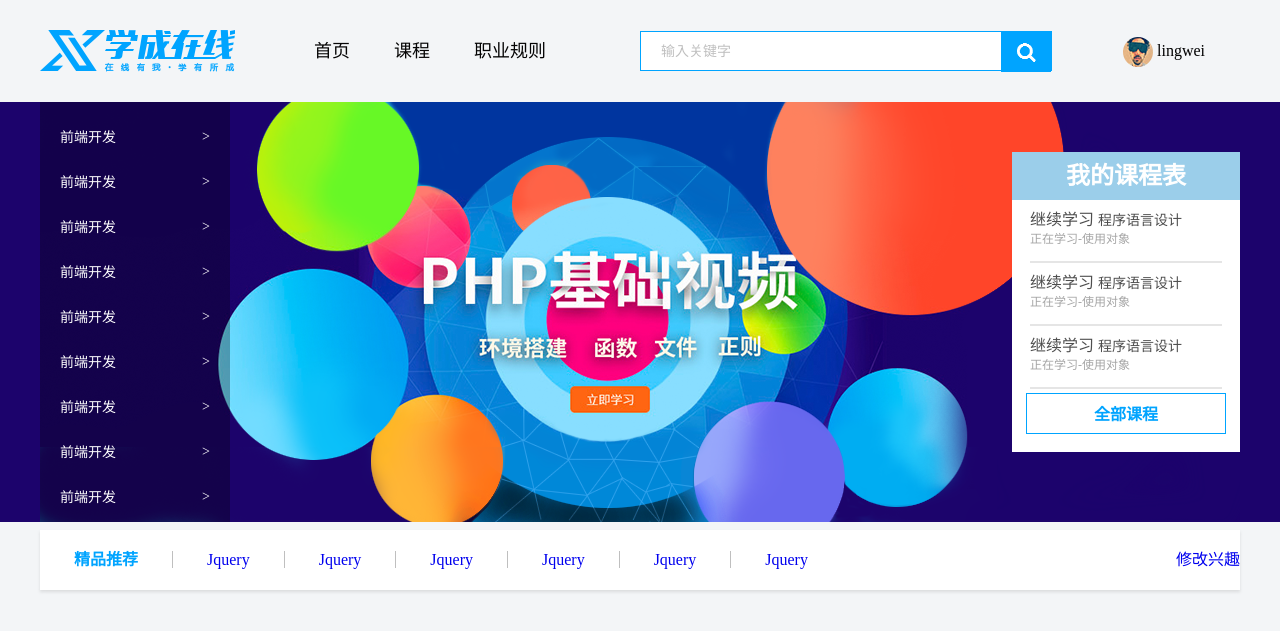
Repository: DengBiHua/xcdx
Page: index.html
These files come from the project's save history. The page is drawn as it stood at one moment and after the next save; the edit follows.
The browser window is 1280 px wide. The pictures show the whole page.

Above is the page before, as saved 2022-04-15 09:25:17.

### index.html
<!DOCTYPE html>
<html lang="en">
<head>
    <meta charset="UTF-8">
    <meta http-equiv="X-UA-Compatible" content="IE=edge">
    <meta name="viewport" content="width=device-width, initial-scale=1.0">
    <title>学成在线</title>
    <link rel="stylesheet" href="css/index.css">
</head>
<body>
    <!-- 头部 -->
    <div class="header wrapper">
        <h1>
            <a href="#">
                <img src="images/logo.png" alt="">
            </a>
        </h1>
        <!-- 导航 -->
        <div class="nav">
            <ul>
                <li><a href="#">首页</a></li>
                <li><a href="#">课程</a></li>
                <li><a href="#">职业规则</a></li>
            </ul>
        </div>
        <!-- 搜索 -->
        <div class="search">
            <input type="text" placeholder="输入关键字">
            <button></button>
        </div>
        <!-- 用户 -->
        <div class="user">
            <img src="./images/user.png" alt="">
            <span>lingwei</span>
        </div>
    </div>
    <div class="banner">
        <div class="wrapper">
            <div class="left">
                <ul>
                    <li><a href="#">前端开发<span>></span></a></li>
                    <li><a href="#">前端开发<span>></span></a></li>
                    <li><a href="#">前端开发<span>></span></a></li>
                    <li><a href="#">前端开发<span>></span></a></li>
                    <li><a href="#">前端开发<span>></span></a></li>
                    <li><a href="#">前端开发<span>></span></a></li>
                    <li><a href="#">前端开发<span>></span></a></li>
                    <li><a href="#">前端开发<span>></span></a></li>
                    <li><a href="#">前端开发<span>></span></a></li>
                </ul>
            </div>
            <div class="right">
                <h2>我的课程表</h2>
                <div class="content">
                    <dl>
                        <dt>
                            <span class="titleLeft">继续学习</span>
                            <span class="titleRight">程序语言设计</span>
                        </dt>
                        <dd>正在学习-使用对象</dd>
                    </dl>
                    <dl>
                        <dt>
                            <span class="titleLeft">继续学习</span>
                            <span class="titleRight">程序语言设计</span>
                        </dt>
                        <dd>正在学习-使用对象</dd>
                    </dl>
                    <dl>
                        <dt>
                            <span class="titleLeft">继续学习</span>
                            <span class="titleRight">程序语言设计</span>
                        </dt>
                        <dd>正在学习-使用对象</dd>
                    </dl>
                </div>
                <a href="#" class="all">全部课程</a>
            </div>
        </div>
    </div>
    <!-- 精品推荐 -->
    <div class="recommend wrapper">
        <h2>精品推荐</h2>
        <ul>
            <li><a href="#">Jquery</a></li>
            <li><a href="#">Jquery</a></li>
            <li><a href="#">Jquery</a></li>
            <li><a href="#">Jquery</a></li>
            <li><a href="#">Jquery</a></li>
            <li><a href="#">Jquery</a></li>
        </ul>
        <a href="#" class="interest">修改兴趣</a>
    </div>
</body>
</html>

### css/index.css
/* css代码顺序
1、浮动/display
2、盒子模型
3、文字样式
 */

/* 通用模版 */
* {
    margin: 0;
    padding: 0;
    /* 内减模式 */
    box-sizing: border-box;
}
li {
    /* 清除列表前方小圆点 */
    list-style-type: none;
}
a {
    /* 去除超链接文字的下划线 */
    text-decoration: none;
}
.clearfix::before,.clearfix::after {
    content: "";
    display: table;
}
.clearfix::after {
    clear: both;
}

/* 版心 */
.wrapper {
    width: 1200px;
    margin: 0 auto;
}

body {
    background-color: #f3f5f7;
}

/* 头部 */
.header {
    height: 42px;
    margin: 30px auto;
}

h1 {
    float: left;
}

/* 导航 */
.nav {
    float: left;

    height: 42px;
    margin-left: 70px;
}

.nav li {
    float: left;

    margin-right: 26px;
}

.nav li a {
    display: block;

    padding: 0 9px;
    height: 42px;
    line-height: 42px;

    font-size: 18px;
    color: #050505;
}

.nav li a:hover {
    border-bottom: 2px solid #00a4ff;
}

.search {
    float: left;
    margin-left: 59px;
    margin-top: 1px;
    width: 412px;
    height: 40px;
    border: 1px solid #00a4ff;
}

.search input {
    float: left;
    padding-left: 20px;
    width: 360px;
    height: 38px;
    border: 0;
}

.search input::placeholder {
    font-size: 14px;
    color: #bfbfbf;
}

.search button {
    float: left;
    width: 50px;
    height: 40px;
    background-image: url(../images/btn.png);
    border: 0;
}

.user {
    float: right;
    margin-right: 35px;
    height: 42px;
    line-height: 42px;
}

.user img {
    /* 调节图片垂直方向对齐方式 */
    vertical-align: middle;
}

.banner {
    height: 420px;
    background-color: #1c036c;
}

.banner .wrapper {
    height: 420px;
    background-image: url(../images/banner2.png);
}

.banner .left {
    float: left;
    padding: 0 20px;
    width: 190px;
    height: 420px;
    background-color: rgba(0, 0, 0, 0.3);
    line-height: 44px;
}

.banner ul {
    margin-top: 13px;
}

.banner a {
    font-size: 14px;
    color: #ffffff;
}

.banner a:hover {
    color: #00b4ff;
}

.banner .left span {
    float: right;
}

.banner .right {
    float: right;
    margin-top: 50px;
    width: 228px;
    height: 300px;
    background-color: #ffffff;
}

.banner .right h2 {
    height: 48px;
    background-color: #9bceea;
    font: 18px;
    color: #ffffff;
    text-align: center;
    line-height: 48px;
}

.banner .content {
    padding: 0 18px;
}

.banner .right dl {
    padding: 12px 0;
    border-bottom: 2px solid #e5e5e5;
}

.banner .right .content dt {
    color: #4e4e4e;
    line-height: 16px;
}

.banner .right .titleLeft {
    font-size: 16px;
}

.banner .right .titleRight {
    font-size: 14px;
}

.banner .right .content dd {
    color: #a5a5a5;
    font-size: 12px;
    line-height: 20px;
}

.banner .right .all {
    display: block;
    margin: 4px auto 0;
    width: 200px;
    height: 41px;
    border: 1px solid #00a4ff;
    font-weight: 700;
    font-size: 16px;
    color: #00a4ff;
    text-align: center;
    line-height: 41px;
}

.recommend {
    margin-top: 8px;
    height: 60px;
    background-color: #ffffff;
    box-shadow: 0px 2px 3px 0px rgba(118, 118, 118, 0.2);
    line-height: 60px;
}

.recommend h2 {
    float: left;
    width: 132px;
    text-align: center;
    font-size: 16px;
    font-weight: bold;
    color: #00a4ff;
}

.recommend ul {
    float: left;
}

.recommend ul li {
    float: left;
}

.recommend ul li a {
    padding: 0 34px;
    border-left: 1px solid #bfbfbf;
}

.recommend .interest {
    float: right;
}

After the next save:
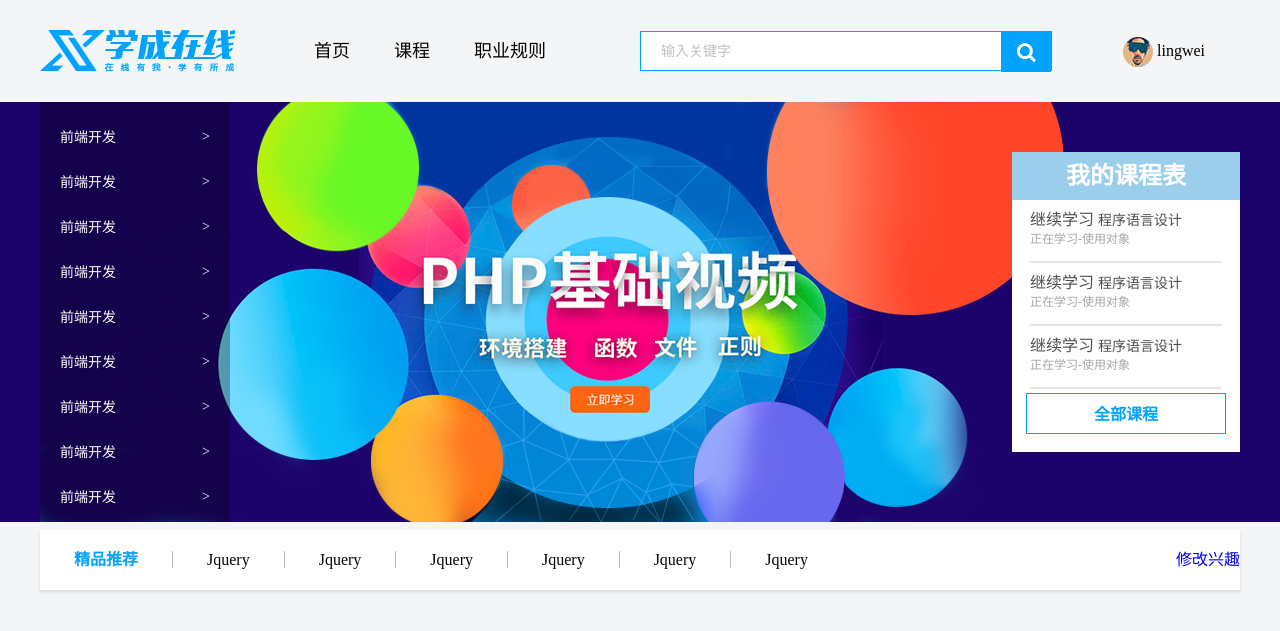
Saved 84 s later.
--- a/css/index.css
+++ b/css/index.css
@@ -240,6 +240,8 @@
 .recommend ul li a {
     padding: 0 34px;
     border-left: 1px solid #bfbfbf;
+    font-size: 16px;
+    color: #050505;
 }
 
 .recommend .interest {
